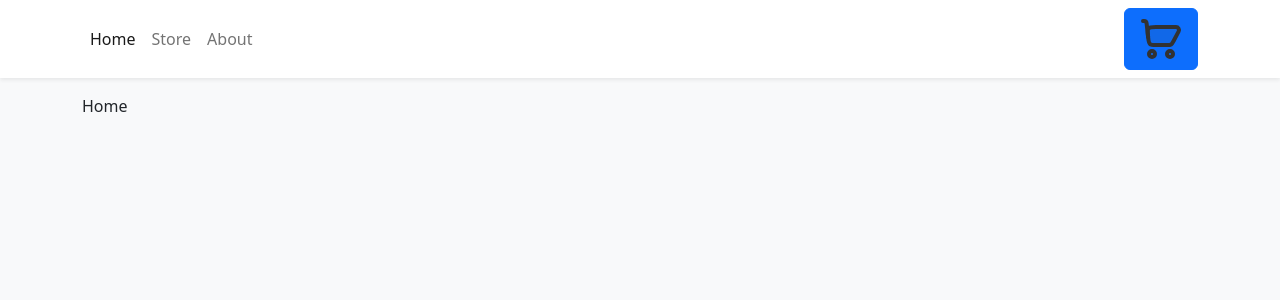
Repository: MoNasr2022/shopping-cart
Page: /
These files come from the project's save history. The page is drawn as it stood at one moment and after the next save; the edit follows.
The browser window is 1280 px wide. The pictures show the whole page.
The project was rebuilt for these pictures with package versions that can differ from the ones it lists, and the page was loaded fresh each time. Also part of the build but not shown: vite.config.ts, src/pages/Store.tsx, src/pages/About.tsx.

Above is the page before, as saved 2023-04-17 01:37:00.

### index.html
<!DOCTYPE html>
<html lang="en">
  <head>
    <meta charset="UTF-8" />
    <link rel="icon" type="image/svg+xml" href="/vite.svg" />
    <meta name="viewport" content="width=device-width, initial-scale=1.0" />
    <title>Nasr Shopping Cart</title>
  </head>
  <body class="bg-light">
    <div id="root"></div>
    <script type="module" src="/src/main.tsx"></script>
  </body>
</html>

### src/App.tsx
import { Routes, Route } from "react-router-dom";
import { Container } from "react-bootstrap";
import Home from "./pages/Home";
import Store from "./pages/Store";
import About from "./pages/About";
import Navbar from "./components/Navbar";

function App() {
  return (
    <>
      <Navbar />
      <Container className="mb-4">
        <Routes>
          <Route path="/" element={<Home />} />
          <Route path="/store" element={<Store />} />
          <Route path="/about" element={<About />} />
        </Routes>
      </Container>
    </>
  );
}

export default App;

### src/pages/Home.tsx


export default function Home () {
  return (
    <div>Home</div>
  )
}

### src/components/Navbar.tsx
import { Navbar as NavbarB } from "react-bootstrap";
import { Container, Nav, Button } from "react-bootstrap";
import { NavLink } from "react-router-dom";



export default function Navbar() {
  return (
    <NavbarB className="bg-white shadow-sm mb-3">
      <Container>
        <Nav className="me-auto">
          <Nav.Link as={NavLink} to="/">
            {" "}
            Home
          </Nav.Link>
          <Nav.Link as={NavLink} to="/store">
            {" "}
            Store
          </Nav.Link>
          <Nav.Link as={NavLink} to="/about">
            {" "}
            About
          </Nav.Link>
        </Nav>
        <Button className="btn btn-primary" variant="outline-primary" >
          <svg
            width="3rem"
            height="3rem"
            viewBox="0 0 24 24"
            fill="none"
            xmlns="http://www.w3.org/2000/svg"
          >
            <path
              opacity="0.1"
              d="M5.60464 11.4417C5.79269 13.1343 5.88672 13.9805 6.45624 14.4903C7.02576 15 7.87723 15 9.58017 15H9.70588H13.4706H14.827C16.0002 15 16.5867 15 17.0627 14.7134C17.5387 14.4268 17.8132 13.9084 18.3621 12.8716L20.8303 8.20947C21.361 7.207 20.6343 6 19.5 6H9.70588H9.46906C7.38336 6 6.34051 6 5.74427 6.66616C5.14803 7.33231 5.2632 8.36878 5.49353 10.4417L5.60464 11.4417Z"
              fill="#323232"
            />
            <path
              d="M5.60464 11.4417C5.79269 13.1343 5.88672 13.9805 6.45624 14.4903C7.02576 15 7.87723 15 9.58017 15H9.70588H13.4706H14.827C16.0002 15 16.5867 15 17.0627 14.7134C17.5387 14.4268 17.8132 13.9084 18.3621 12.8716L20.8303 8.20947C21.361 7.207 20.6343 6 19.5 6V6H9.70588H9.46906C7.38336 6 6.34051 6 5.74427 6.66616C5.14803 7.33231 5.2632 8.36878 5.49353 10.4417L5.60464 11.4417Z"
              stroke="#323232"
              stroke-width="2"
              stroke-linejoin="round"
            />
            <path
              d="M3 3H3.5V3C4.1642 3 4.72218 3.49942 4.79553 4.15955L5.55558 11"
              stroke="#323232"
              stroke-width="2"
              stroke-linecap="round"
              stroke-linejoin="round"
            />
            <path
              d="M9 19.5C9 20.3284 8.32843 21 7.5 21C6.67157 21 6 20.3284 6 19.5C6 18.6716 6.67157 18 7.5 18C8.32843 18 9 18.6716 9 19.5Z"
              stroke="#323232"
              stroke-width="2"
            />
            <path
              d="M18 19.5C18 20.3284 17.3284 21 16.5 21C15.6716 21 15 20.3284 15 19.5C15 18.6716 15.6716 18 16.5 18C17.3284 18 18 18.6716 18 19.5Z"
              stroke="#323232"
              stroke-width="2"
            />
          </svg>
        </Button>
      </Container>
    </NavbarB>
  );
}

Loaded but not shown: src/main.tsx (common file)

After the next save:
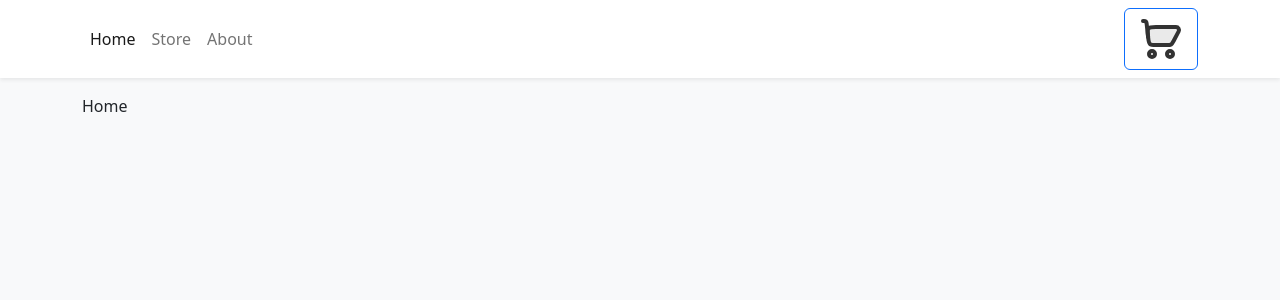
Saved 8 s later.
--- a/src/components/Navbar.tsx
+++ b/src/components/Navbar.tsx
@@ -22,7 +22,7 @@ export default function Navbar() {
             About
           </Nav.Link>
         </Nav>
-        <Button className="btn btn-primary" variant="outline-primary" >
+        <Button className="" variant="outline-primary" >
           <svg
             width="3rem"
             height="3rem"
